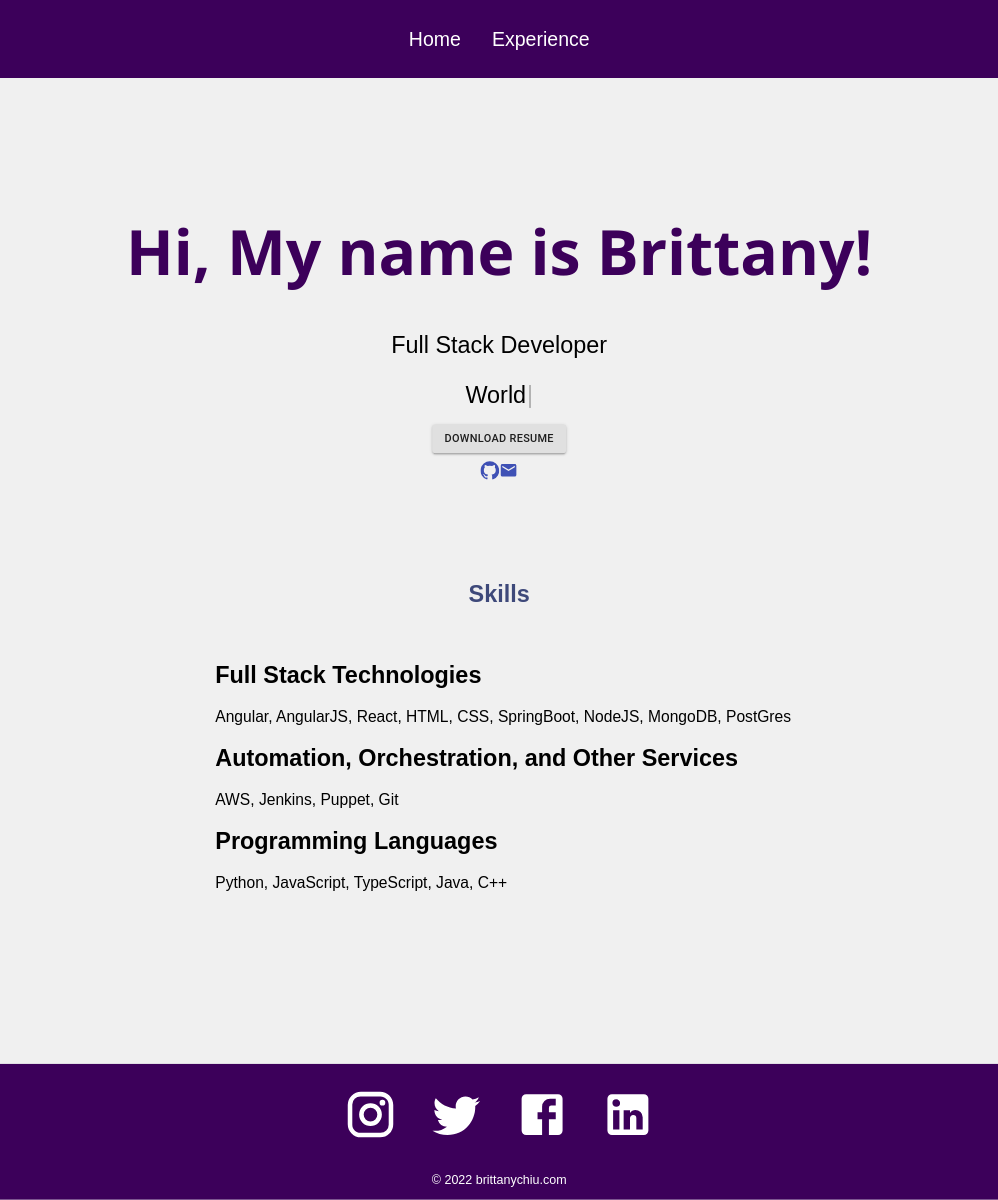
Repository: chiubacca94/chiufolio
Page: /
The author's editor kept a copy of each file at every save. The page is drawn from the files as they stood at one save, then again after the next save.
The browser window is 1280 px wide. The pictures show the whole page, at 78% of full size.
The project was rebuilt for these pictures with package versions that can differ from the ones it lists, and the page was loaded fresh each time. Also part of the build but not shown: src/components/Projects/Projects.js, src/components/Experiences/Experiences.css, src/components/Experiences/Experiences.js.

Above is the page before, as saved 2022-07-04 23:03:32.

After the next save:
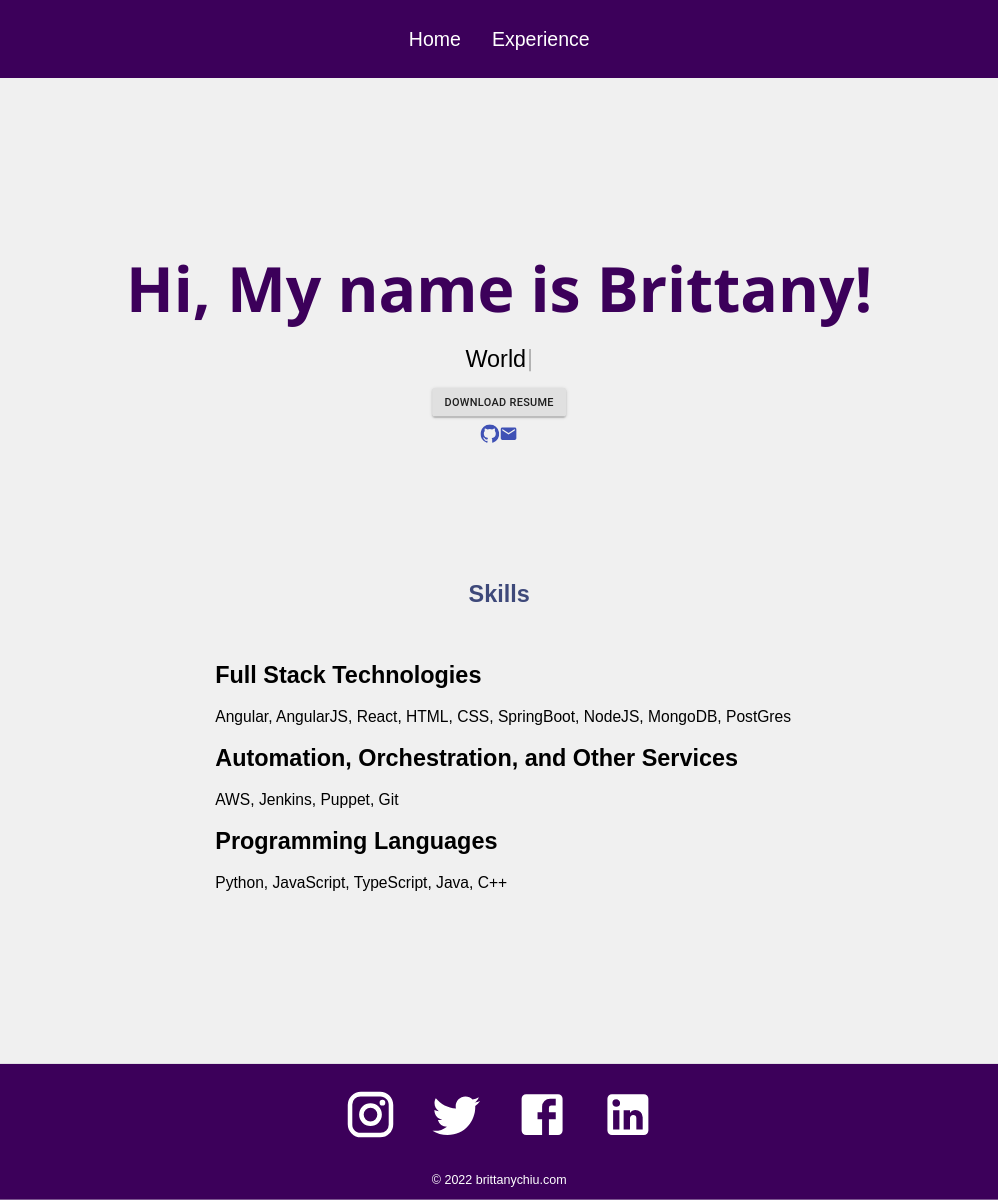
Saved 20 s later.
--- a/src/components/Home/Home.js
+++ b/src/components/Home/Home.js
@@ -11,7 +11,7 @@ export default function Home() {
     <div className='home'>
         <section className='about'>
             <h2>Hi, My name is Brittany!</h2>
-            <div className='prompt'><p>Full Stack Developer</p>
+            <div className='prompt'>
             <Typewriter
                 options={{
                     strings: ['Hello', 'World'],
